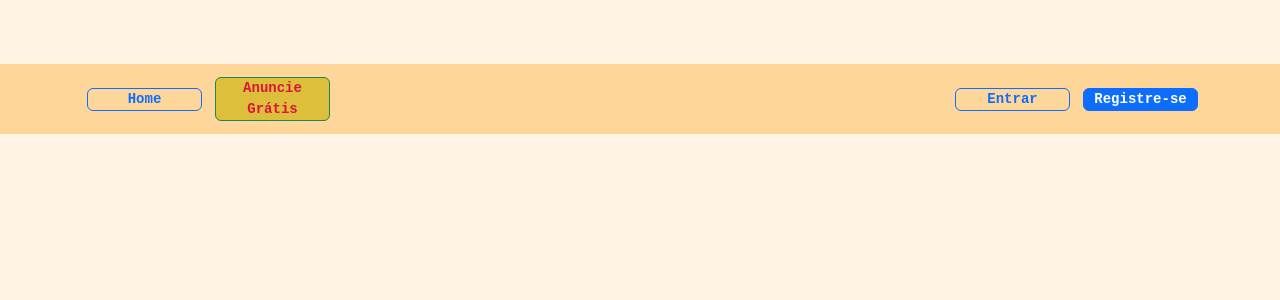
Repository: pepetata/ondetem
Page: / (app in frontend/)
An editor plug-in stored every save of this project. The page is shown before and after the next save, followed by the edit.
The browser window is 1280 px wide. The pictures show the whole page.
The project was rebuilt for these pictures with package versions that can differ from the ones it lists, and the page was loaded fresh each time. Also part of the build but not shown: frontend/vite.config.js.

Above is the page before, as saved 2025-06-11 07:41:21.

### frontend/src/main.jsx
import ReactDOM from "react-dom/client";
import { BrowserRouter as Router } from "react-router-dom";
import { Provider } from "react-redux";
// import store from "./reducers/store";
import App from "./App";
import "bootstrap/dist/css/bootstrap.min.css";
// import "./App.css";

ReactDOM.createRoot(document.getElementById("root")).render(
  // <Provider store={store}>
  // <Provider>
  <Router>
    <App />
  </Router>
  // </Provider>
);

### frontend/src/App.jsx
import { useState, useEffect, useRef } from "react";
import { useDispatch } from "react-redux";
import "./css/App.scss";
import Menu from "./components/Menu";
// import Menu from "./components/Menu";
// import Footer from "./components/Footer";
// import "./App.css";
// import { showNotification } from "./components/helper";
// import { initializeBlogs } from "./reducers/blogReducer";
// import { getUser } from "./reducers/loginReducer";

const App = () => {
  return (
    <div className="container">
      <Menu />
    </div>
  );
};

export default App;

### frontend/src/css/App.scss
@use "./_variables.scss" as *;

body {
  background: $bg-color !important;
  font-family: $body-font !important;
}

### frontend/src/components/Menu.jsx
import { Navbar, Nav, Button, Container } from "react-bootstrap";
import { Link } from "react-router-dom";
import "../css/Menu.scss"; // Import the CSS file

// Always-visible logo bar
const LogoBar = () => (
  <div className="logo-bar">
    <Link to="/">
      <img
        src="/images/logo.png"
        height="48"
        alt="Onde tem?"
        className="logo-img"
      />
    </Link>
  </div>
);

const Menu = ({ onLogin, onSignup, onNewAd }) => (
  <>
    {/* <LogoBar /> */}
    <Navbar
      id="main-navbar"
      // bg="light"
      expand="lg"
      fixed="top"
      className="py-2"
      style={{ top: 64 }} // push navbar below logo bar
    >
      <Container>
        <Navbar.Toggle aria-controls="main-navbar-nav" />
        <Navbar.Collapse id="main-navbar-nav">
          <Nav className="me-auto align-items-center">
            <Button
              as={Link}
              to="/"
              variant="outline-primary"
              className="me-2 menu-btn"
            >
              Home
            </Button>
            <Button
              variant="outline-success"
              className="me-2 menu-btn bt-add-ad"
              onClick={onNewAd}
            >
              Anuncie Grátis
            </Button>
          </Nav>
          <Nav className="ms-auto align-items-center">
            <Button
              variant="outline-primary"
              className="me-2 menu-btn"
              onClick={onLogin}
            >
              Entrar
            </Button>
            <Button variant="primary" onClick={onSignup} className="menu-btn">
              Registre-se
            </Button>
          </Nav>
        </Navbar.Collapse>
      </Container>
    </Navbar>
    {/* Add padding to push content below logo+navbar */}
    <div style={{ height: 128 }} />
  </>
);

export default Menu;

### frontend/src/css/_variables.scss
$bg-color: #fff4e5;
$logoO: #ffaa00;
$logoB: #1650a1;
$textLabel: #0896ff;
$header-color: #ffd699;
$footer-color: #ffd699;
$body-font: "Inconsolata", monospace;

### frontend/src/css/Menu.scss
@use "./_variables.scss" as *;

.logo-bar {
  background: $header-color !important;
  width: 100%;
  display: flex;
  justify-content: center;
  align-items: center;
  background: #fff;
  z-index: 1051;
  position: fixed;
  top: 0;
  left: 0;
  height: 64px;
  // border-bottom: 1px solid #eee;
}

.navbar {
  background: $header-color !important;
}

.navbar-bg-logo {
  background: rgba(255, 214, 153, 0.85) !important; // $header-color with alpha
  background-image: url("/images/logo.png");
  background-repeat: no-repeat;
  background-position: center;
  background-size: 120px auto;
  min-height: 100px; // or adjust as needed
  padding-top: 24px;
  padding-bottom: 24px;
}

.logo-img {
  max-height: 48px;
}

.menu-btn {
  width: 115px; //!important;
  // height: 24px !important;
  padding: 0 !important;
  font-size: 14px !important;
  display: flex !important;
  align-items: center !important;
  justify-content: center !important;
  margin-bottom: 5px !important;
  margin-left: 5px !important;
  margin-top: 5px !important;
  // padding-top: 8px !important;
  // padding-bottom: 8px !important;
  // padding-left: 15px !important;
  font-weight: bold !important;
}

.bt-add-ad {
  background-color: #ddbf3c !important;
  color: crimson !important;
}

Loaded but not shown: frontend/index.html (common file)

After the next save:
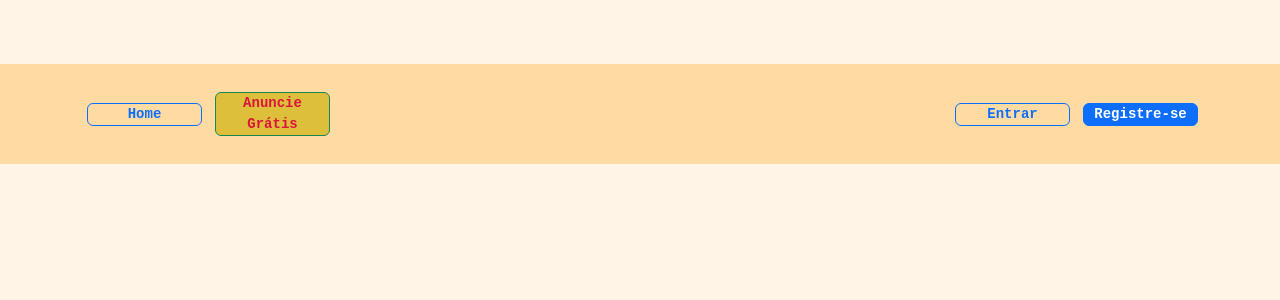
Saved 5 s later.
--- a/frontend/src/css/Menu.scss
+++ b/frontend/src/css/Menu.scss
@@ -19,7 +19,7 @@
   background: $header-color !important;
 }
 
-.navbar-bg-logo {
+#main-navbar {
   background: rgba(255, 214, 153, 0.85) !important; // $header-color with alpha
   background-image: url("/images/logo.png");
   background-repeat: no-repeat;

After the save that followed:
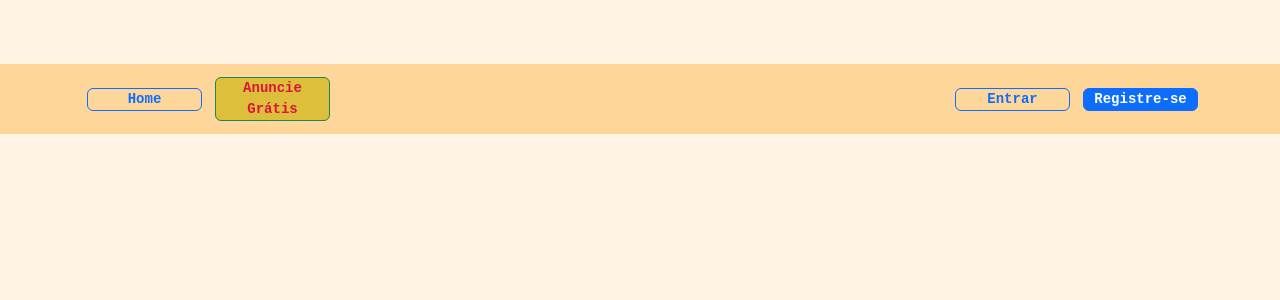
Saved 33 s later.
--- a/frontend/src/css/Menu.scss
+++ b/frontend/src/css/Menu.scss
@@ -19,7 +19,7 @@
   background: $header-color !important;
 }
 
-#main-navbar {
+.navbar-bg-logo {
   background: rgba(255, 214, 153, 0.85) !important; // $header-color with alpha
   background-image: url("/images/logo.png");
   background-repeat: no-repeat;
